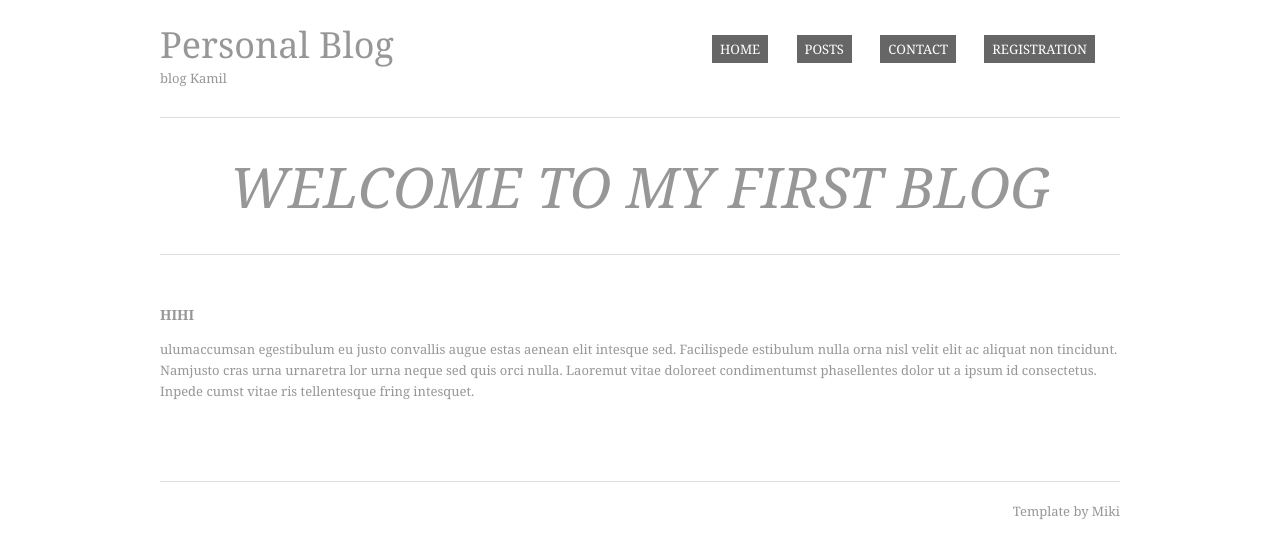
Repository: kamilolejniczak/Spring-kurs-nauka
Page: http://localhost/saveRegister
These files come from the project's save history. The page is drawn as it stood at one moment and after the next save; the edit follows.
The browser window is 1280 px wide. The pictures show the whole page.
The page is this project's Thymeleaf template; nobody is signed in. The template is opened directly, without the code that normally fills it, so the values that code supplies are empty.

Above is the page before, as saved 2017-08-30 11:22:06.

### D-MVC2-JAR/src/main/resources/templates/saveRegister.html
<!DOCTYPE html>
<html lang="en" dir="ltr" xmlns:th="http://www.thymeleaf.org">
<head>
<title>Basic 79</title>
<meta charset="iso-8859-1" />
<link rel="stylesheet" href="layout.css" type="text/css" />
</head>
<body>
<div class="wrapper row1">
  <header id="header" class="clear">
    <div id="hgroup">
      <h1><a href="#">Personal Blog</a></h1>
      <h2>blog Kamil</h2>
    </div>
    <nav>
      <ul>
        <li><a href="/">Home</a></li>
        <li><a href="/blog">Posts</a></li>
        <li><a href="/contact">Contact</a></li>
        <li><a href="/registerForm">Registration</a></li>
      </ul>
    </nav>
  </header>
</div>
<!-- content -->
<div class="wrapper row2">
  <div id="container" class="clear">
    <!-- content body -->
    <section id="shout">
      <h1>Welcome to my first Blog</h1>
    </section>
    <!-- main content -->
    <section id="services" class="clear">
      <!-- article 1 -->
      <article>
        <h2>HiHi</h2>
        <p>ulumaccumsan egestibulum eu justo convallis augue estas aenean elit intesque sed. Facilispede estibulum nulla orna nisl velit elit ac aliquat non tincidunt. Namjusto cras urna urnaretra lor urna neque sed quis orci nulla. Laoremut vitae doloreet condimentumst phasellentes dolor ut a ipsum id consectetus. Inpede cumst vitae ris tellentesque fring intesquet.</p>
        <!-- <footer class="more"><a href="#">Read More &raquo;</a></footer> -->
      </article>
    </section>
    <!-- / content body -->
  </div>
</div>
<!-- footer -->
<div class="wrapper row3">
  <footer id="footer" class="clear">
    <p class="fl_right">Template by Miki</p>
  </footer>
</div>
</body>
</html>

### D-MVC2-JAR/src/main/resources/static/layout.css
html{overflow-y:scroll;} /* Forces a scrollbar when the viewport is larger than the websites content - CSS3 */

body{margin:0; padding:0; font-size:13px; font-family:Georgia, "Times New Roman", Times, serif; color:#979797; background-color:#FFFFFF;}

.clear:after{content:"."; display:block; height:0; clear:both; visibility:hidden; line-height:0;}
.clear{display:block; clear:both;}
html[xmlns] .clear{display:block;}
* html .clear{height:1%;}

a{outline:none; text-decoration:none;}

code{font-weight:normal; font-style:normal; font-family:Georgia, "Times New Roman", Times, serif;}

.fl_left{float:left;}
.fl_right{float:right;}

img{margin:0; padding:0; border:none; line-height:normal; vertical-align:middle;}
.imgholder, .imgl, .imgr{padding:4px; border:1px solid #D6D6D6; text-align:center;}
.imgl{float:left; margin:0 15px 15px 0; clear:left;}
.imgr{float:right; margin:0 0 15px 15px; clear:right;}

/*----------------------------------------------HTML 5 Overrides-------------------------------------*/

address, article, aside, figcaption, figure, footer, header, nav, section{display:block; margin:0; padding:0;}

q{display:block; padding:0 10px 8px 10px; color:#979797; background-color:#ECECEC; font-style:italic; line-height:normal;}
q:before{content:'� '; font-size:26px;}
q:after{content:' �'; font-size:26px; line-height:0;}

/* ----------------------------------------------Wrapper-------------------------------------*/

div.wrapper{display:block; width:960px; margin:0 auto; padding:0; text-align:left;}

.row1, .row1 a{color:#979797; background-color:#FFFFFF;}
.row2{color:#979797; background-color:#FFFFFF;}
.row2 a{color:#FF9900; background-color:#FFFFFF;}
.row3{border-top:1px solid #DEDEDE;}
.row3, .row3 a{color:#979797; background-color:#FFFFFF;}

/*----------------------------------------------Generalise-------------------------------------*/

#header, #container, #footer{display:block; width:960px;}

nav ul{margin:0; padding:0; list-style:none;}

h1, h2, h3, h4, h5, h6{margin:0; padding:0; font-size:16px; font-weight:bold; font-style:normal; line-height:normal; text-transform:uppercase;}

address{font-style:normal;}

blockquote, q{display:block; padding:8px 10px; color:#979797; background-color:#ECECEC; font-style:italic; line-height:normal;}
blockquote:before, q:before{content:'� '; font-size:26px;}
blockquote:after, q:after{content:' �'; font-size:26px; line-height:0;}

.one_third, .two_third, .three_third{display:block; float:left; margin:0 30px 0 0;}
.one_third{width:300px;}
.two_third{width:630px;}
.three_third{width:960px; float:none; margin-right:0; clear:both;}
.lastbox{margin-right:0;}

/*----------------------------------------------Header-------------------------------------*/

#header{}

#header #hgroup{padding:20px 0 0 0; float:left;}
#header #hgroup h1, #header #hgroup h2{font-weight:normal; text-transform:none;}
#header #hgroup h1{font-size:36px;}
#header #hgroup h2{font-size:13px;}

#header nav{display:block; float:right; margin:20px 0 0 0; padding:20px 0;}
#header nav ul{}
#header nav li{display:inline; margin-right:25px; text-transform:uppercase;}
#header nav li.last{margin-right:0;}
#header nav li a{padding:5px 8px; color:#FFFFFF; background-color:#666666;}
#header nav li a:hover{color:#FF9900; background-color:#FFFFFF;}

/*----------------------------------------------Content Area-------------------------------------*/

#container{padding:30px 0;}
#container section{display:block; width:100%; margin:0 0 30px 0; padding:0;}
#container .last{margin:0;}
#container .more{text-align:right;}

/* ------Shout-----*/

#container #shout{margin-bottom:50px; padding:30px 0; border-top:1px solid #DEDEDE; border-bottom:1px solid #DEDEDE;}
#container #shout h1{font-size:56px; font-weight:normal; font-style:italic; text-transform:uppercase; text-align:center;}
#container #shout p{font-size:16px; margin-bottom:0; padding-bottom:0; line-height:1.8em;}

/* ------services-----*/

#container #services{margin-bottom:50px; line-height:1.6em;}
#container #services article{}
#container #services article h2{font-size:14px; margin-bottom:15px;}
#container #services article p{margin:0; padding:0;}
#container #services article img{float:left; width:80px; height:80px; margin:0 10px 10px 0; padding:4px; border:1px solid #DEDEDE;}
#container #services article footer{margin:10px 0 0 0;}

/*----------------------------------------------Footer-------------------------------------*/

#footer{padding:20px 0;}
#footer p{margin:0; padding:0;}

After the next save:
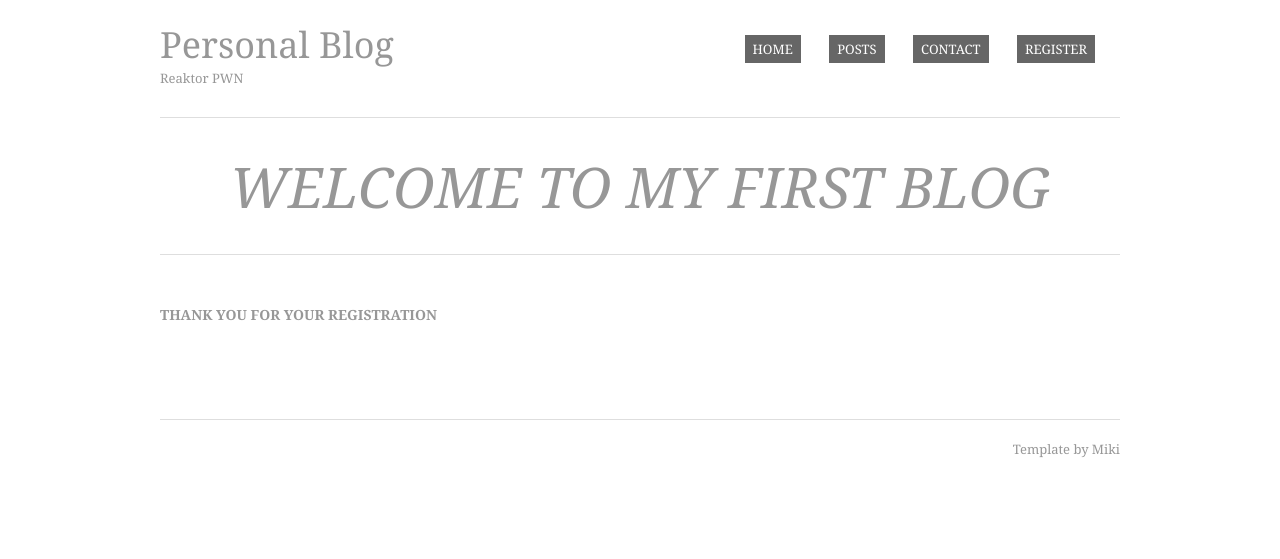
Saved 67 s later.
--- a/D-MVC2-JAR/src/main/resources/templates/saveRegister.html
+++ b/D-MVC2-JAR/src/main/resources/templates/saveRegister.html
@@ -10,14 +10,14 @@
   <header id="header" class="clear">
     <div id="hgroup">
       <h1><a href="#">Personal Blog</a></h1>
-      <h2>blog Kamil</h2>
+      <h2>Reaktor PWN</h2>
     </div>
     <nav>
       <ul>
         <li><a href="/">Home</a></li>
         <li><a href="/blog">Posts</a></li>
         <li><a href="/contact">Contact</a></li>
-        <li><a href="/registerForm">Registration</a></li>
+        <li><a href="/registerForm">Register</a></li>
       </ul>
     </nav>
   </header>
@@ -33,8 +33,7 @@
     <section id="services" class="clear">
       <!-- article 1 -->
       <article>
-        <h2>HiHi</h2>
-        <p>ulumaccumsan egestibulum eu justo convallis augue estas aenean elit intesque sed. Facilispede estibulum nulla orna nisl velit elit ac aliquat non tincidunt. Namjusto cras urna urnaretra lor urna neque sed quis orci nulla. Laoremut vitae doloreet condimentumst phasellentes dolor ut a ipsum id consectetus. Inpede cumst vitae ris tellentesque fring intesquet.</p>
+        <h2>Thank you for your registration</h2>
         <!-- <footer class="more"><a href="#">Read More &raquo;</a></footer> -->
       </article>
     </section>
